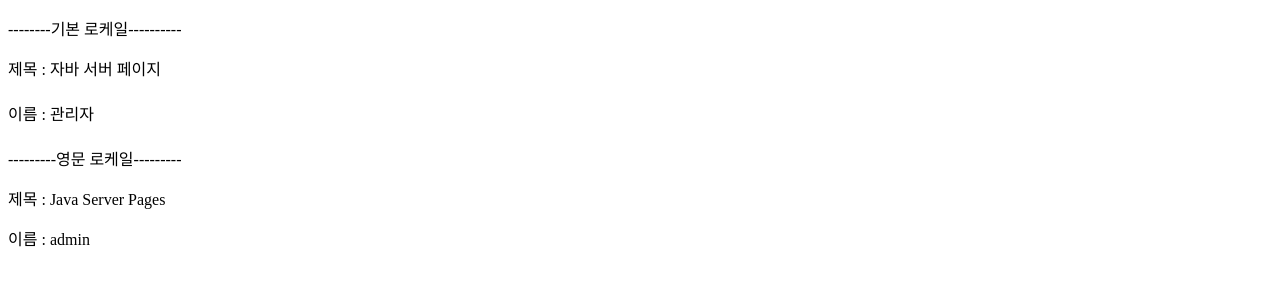
Repository: doyeong123/doyeonggit1
Page: http://localhost/jspbook2/ch09/jstl_fmt01.jsp
The author's editor kept a copy of each file at every save. The page is drawn from the files as they stood at one save, then again after the next save.
The browser window is 1280 px wide. The pictures show the whole page.
The page is served by Tomcat 9. Other server files are loaded and not shown.

Above is the page before, as saved 2023-12-12 07:48:58.

### jsp/jspbook2/src/main/webapp/ch09/jstl_fmt01.jsp
<%@ page language="java" contentType="text/html; charset=UTF-8"
    pageEncoding="UTF-8"%>
<%@ taglib prefix="fmt" uri="http://java.sun.com/jsp/jstl/fmt" %>
<!DOCTYPE html>
<html>
<head>
<meta charset="UTF-8">
<title>Internationalization</title>
</head>
<body>
	<p>--------기본 로케일----------
		<fmt:setLocale value="ko"/>
		<fmt:setBundle basename="bundle.myBundle"
		 var="resourceBundle" />
	<p> 제목 : <fmt:message key="title" bundle="${resourceBundle}"/>
	<p> <fmt:message key="username" var="userMsg" bundle="${resourceBundle}"/>
	<!-- 출력은 el방식으로 출력 -->
		이름 : ${userMsg}

	<p>---------영문 로케일---------
		<fmt:setLocale value="en"/>
		<fmt:setBundle basename="bundle.myBundle" var="resourceBundle"/>
	<p> 제목 : <fmt:message key="title" bundle="${resourceBundle }"/>
	<p> 이름 : <fmt:message key="username" bundle="${resourceBundle }"/>
</body>
</html>

After the next save:
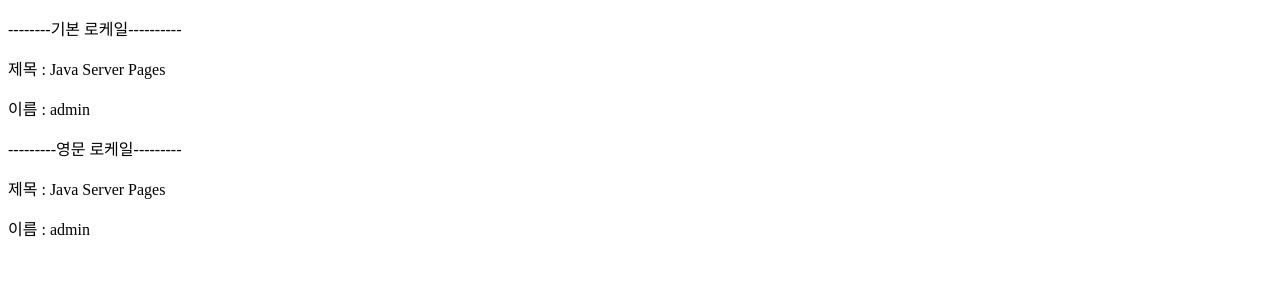
Saved 3 min 13 s later.
--- a/jsp/jspbook2/src/main/webapp/ch09/jstl_fmt01.jsp
+++ b/jsp/jspbook2/src/main/webapp/ch09/jstl_fmt01.jsp
@@ -9,7 +9,7 @@
 </head>
 <body>
 	<p>--------기본 로케일----------
-		<fmt:setLocale value="ko"/>
+		<%-- <fmt:setLocale value="ko"/> --%>
 		<fmt:setBundle basename="bundle.myBundle"
 		 var="resourceBundle" />
 	<p> 제목 : <fmt:message key="title" bundle="${resourceBundle}"/>

After the save that followed:
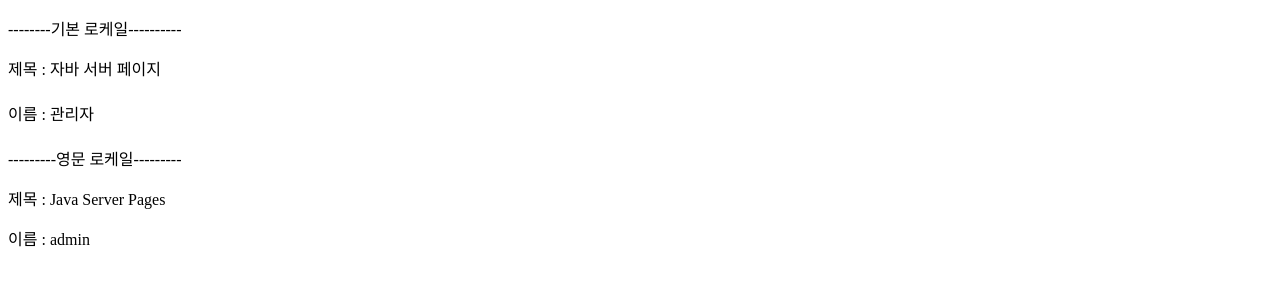
Saved 16 s later.
--- a/jsp/jspbook2/src/main/webapp/ch09/jstl_fmt01.jsp
+++ b/jsp/jspbook2/src/main/webapp/ch09/jstl_fmt01.jsp
@@ -9,7 +9,7 @@
 </head>
 <body>
 	<p>--------기본 로케일----------
-		<%-- <fmt:setLocale value="ko"/> --%>
+		<fmt:setLocale value="ko"/>
 		<fmt:setBundle basename="bundle.myBundle"
 		 var="resourceBundle" />
 	<p> 제목 : <fmt:message key="title" bundle="${resourceBundle}"/>
